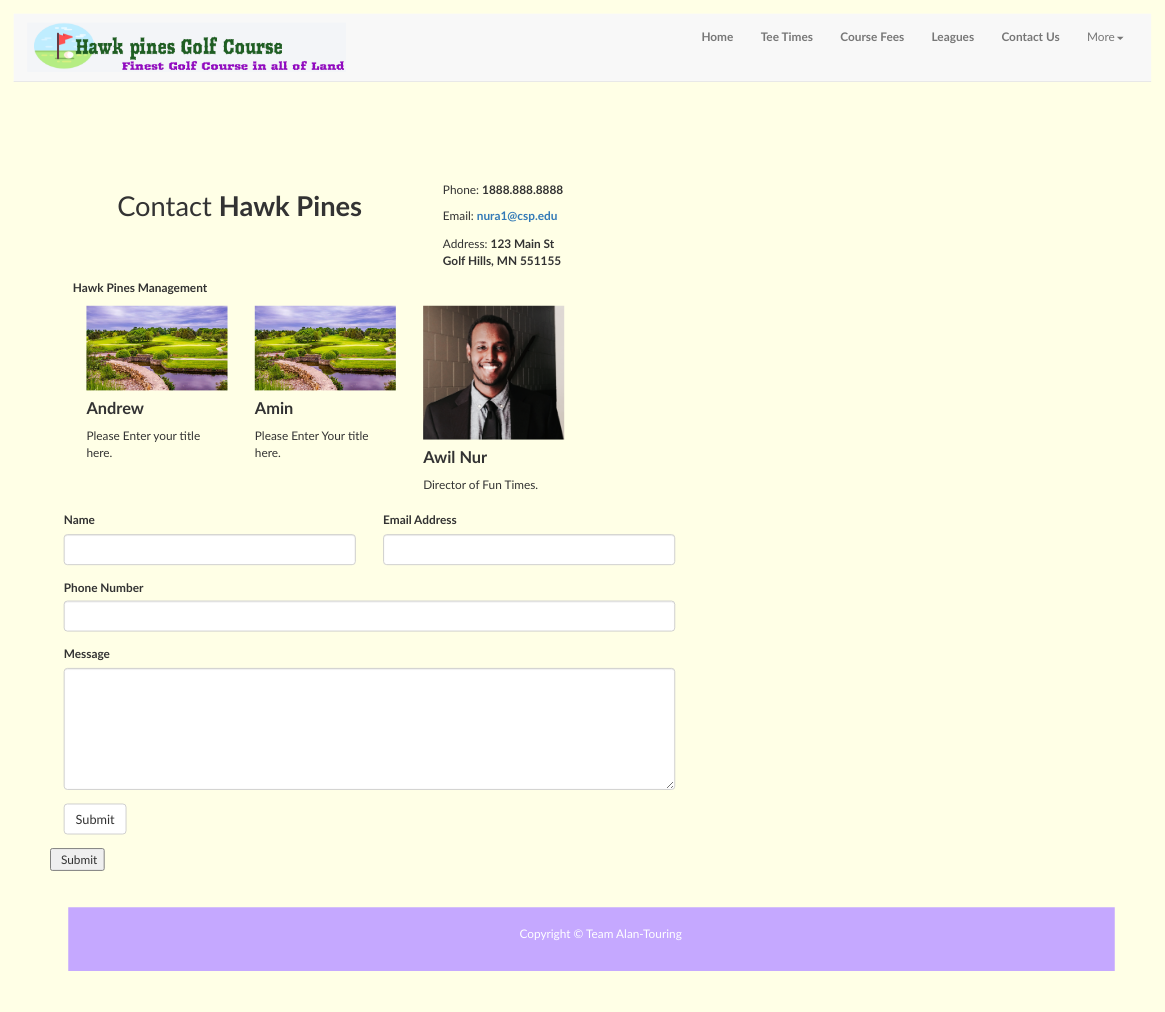
Repository: alia20/Golfcourse
Page: contact.html
The author's editor kept a record of every edit. The page is drawn from the files as they stood at one moment, then again after the next edit.
The browser window is 1280 px wide. The pictures show the whole page, at 91% of full size.

Above is the page before.

### contact.html
<!DOCTYPE html>
<html lang="en">
<head>
 <meta charset="utf-8">
 <meta name="viewport" content="width=device-width, initial-scale=1">
<!-- contact.html - Group project
        Written by:  Andrew Nielsen  Nielsena5@csp.edu
        Csc135: Web Page
		Written: 12/1/2016
		Revised: 12/11/2016
   -->

<!--
Bootstrap Screen Resolutions:
lg - Large width      retina    1200px+
md - medium width     desktop    992px+
sm - small width      tablets    768px+
xs - xtra small       mobile       0px+
-->
<title>Hawk Pines Golf Course</title>
<script src="script.js"></script>
</head>
<body>
<nav class="navbar navbar-default navbar-static-top">
    <div class="container-fluid">
        <div class="navbar-header">
            <span class="sr-only"><a href="#skip">Skip Navigation</a></span>

            <button type="button" class="navbar-toggle" data-toggle="collapse" data-target="#navbarcollapse">
                <span class="icon-bar"></span>
                <span class="icon-bar"></span>
                <span class="icon-bar"></span>
            </button>
            <img style="max-width:350px; margin-top: 10px; margin-bottom: 10px;"
             src="graphic/logo2.png">


        </div>
        <div class="navbar-right collapse navbar-collapse" id="navbarcollapse">
            <ul class="nav navbar-nav">
                <li> <a href="index.html"><strong>Home</strong></a> </li>
                <li> <a href="teeTimes.html"><strong>Tee Times</strong></a></li>
                <li> <a href="fees.html"><strong>Course Fees</strong></a></li>
                <li> <a href="leagues.html"><strong>Leagues</strong></a></li>
                <li> <a href="contact.html"><strong>Contact Us</strong></a></li>
                <li> <a href="#" data-toggle="dropdown">More<span class="caret"></span></a>
                    <ul class="dropdown-menu">
                        <li> <a href="gallery.html">Photo Gallery</a></li>
                        <li> <a href="clubhouse.html">Clubhouse</a></li>
                        <li> <a href="#">Twitter</a></li>
                    </ul>
                </li>
            </ul>
        </div>
    </div>
</nav>
<div class="container">

   <p id="skip">

   </p>


	<br>
	<br>



    <div class="container">

		<div class="row">
            <div class="box">
                <div class="col-lg-4">
				<h2 class="intro-text text-center">Contact
                        <strong>Hawk Pines</strong>
                    </h2>
				</div>
        <div class="row">
            <div class="box">
                <div class="col-lg-6">





                <div class="col-md-4">
                    <p>Phone:
                        <strong>1888.888.8888</strong>
                    </p>
                    <p>Email:
                        <strong><a href="nura1@csp.edu">nura1@csp.edu</a></strong>
                    </p>
                    <p>Address:
                        <strong>123 Main St
                            <br>Golf Hills, MN 551155</strong>
                    </p>
                </div>

                <div class="clearfix"></div>

        </div>
         <div class="col-md-6">
                    <p> <strong>Hawk Pines Management</strong>
                    </p>
                    <div class="col-md-4">
							<img src="graphic/golf5.jpg" class="img-responsive" alt=""/>
							<h4><strong>Andrew</strong></h4>
							<p>Please Enter your title here.</p>
						</div>
						<div class="col-md-4">
							<img src="graphic/golf5.jpg" class="img-responsive" alt=""/>
							<h4><strong>Amin</strong></h4>
							<p>Please Enter Your title here.</p>
						</div>
						<div class="col-md-4">
							<img src="graphic/AwilNur.png" class="img-responsive" alt=""/>
							<h4><strong>Awil Nur</strong></h4>
							<p>Director of Fun Times.</p>
						</div>
                </div>

        <div class="row">
            <div class="box">






                    <form role="form">
                        <div class="row">
                            <div class="form-group col-lg-6">
                                <label>Name</label>
                                <input type="text" class="form-control">
                            </div>
                            <div class="form-group col-lg-6">
                                <label>Email Address</label>
                                <input type="email" class="form-control">
                            </div>
                            <div class="form-group col-lg-12">
                                <label>Phone Number</label>
                                <input type="tel" class="form-control">
                            </div>
                            <div class="clearfix"></div>
                            <div class="form-group col-lg-12">
                                <label>Message</label>
                                <textarea class="form-control" rows="6"></textarea>
                            </div>
                            <div class="form-group col-lg-12">
                                <input type="hidden" name="save" value="contact">
                                <button type="submit" class="btn btn-default">Submit</button>
                            </div>
                            <button onclick="myFunction()">Submit</button>

<script>
function myFunction() {
    alert("Thank You For Contacting Us, We will be in touch with you shortly.");
}
</script>
							</div>
							</div>

                        </div>
                    </form>
                </div>
            </div>
        </div>

    </div>


    <!-- /.container -->

  <div class="footer">
        <div class="container">
            <div class="row">
                <div class="col-lg-12 text-center">
                    <p>Copyright &copy; Team Alan-Touring</p>
                </div>
            </div>
        </div>
    </footer>
    </div>

 <p>
 <!-- Set up a placeholder to display the results -->
 <span id="message"></span>
 </p>
</div>


<!-- After the page loads, and the user has something to look at,
     download the files needed for jQuery and Bootstrap.
-->
<!-- (1) jQuery library -->
<script src="https://ajax.googleapis.com/ajax/libs/jquery/1.12.0/jquery.min.js"></script>
<!-- (2) Latest compiled JavaScript -->
<script src="https://maxcdn.bootstrapcdn.com/bootstrap/3.3.6/js/bootstrap.min.js"></script>
<!-- (3) Latest compiled and minified CSS -->
<link rel="stylesheet" href="https://maxcdn.bootstrapcdn.com/bootstrap/3.3.6/css/bootstrap.min.css" />
<!-- (4) Bring in local JavaScript functions -->
<!-- <script src="script.js"></script> -->
<link href="project.css" rel="stylesheet" type="text/css" />

</body>
</html>

### script.js
/* script.js - external JavaScript file for group project
   Andrew Nielsen - Nielsena5@csp.edu
   Written: 12-9-16
   Revisions: 12-12-16

*/

function showResult()
{
// Set up variables
var fname = "";
var lname = "";
var birthYear = "";
var currentYear = 2008;
var age = "";
var placeholder;

/**** Collect the data using the DOM *****/
fname = document.getElementById("txtFname").value;
lname = document.getElementById("txtLname").value;
birthYear = document.getElementById("txtYear").value;

/**** Calculate age *****/
// Convert input to int
birthYear = parseInt(birthYear);
// Get current year
currentYear = new Date( ).getFullYear();
/**** Display the results *****/
// Find the placeholder on the page
placeholder = document.getElementById("message");
// Fill the placeholder with updated String information
placeholder.innerHTML = "Hello " + fname + " " + lname + ". You are entered for a chance to win a free round of golf";
} // end of showResult( )

### project.css
/*      project.css - style sheet for the group project
        Written by:  Andrew Nielsen  Nielsena5@csp.edu
        Csc135: Project CSS
		Written: 10/29/2016
		Revised: 11/13/2016
   */
a {
text-decoration:      none;
}

body {
background:           #ffffe6;
font-family:          optima, arial, helvetica, san-serif;
font-size:            130%;
line-height:          1.5;
padding:              15px;
}

button {
padding-left:         10px;
}

footer {
background-color:     #737373;
font-size:            1em;
color:                white;
}

form {
float:               left;
max-width:           100%;
}

h1 {
background:           #737373;
color:                #ffff00;
margin:               10px,10px;
max-width:            1500px;
padding:              10px;
text-align:           center;

}

h3 {
background:           #4e804f;
color:                white;
margin:               5px, auto;
max-width:            1500px;
padding:              5px,5px;
text-align:           center;
}

nav .container-fluid .navbar-header a  {
color:                #4e804f;
font-size:            2em;
}

.aside {
float:                right;
max-width:            30%;
}

.carousel-inner  .item  img,
.carousel-inner  .item  a  img {
width:                100%;
margin:               auto;
}

.colorRow {
background:           #ffffff;
border:               1px black solid;
display:              block;
height:               175px;
margin:               0px auto;
max-width:            1000px;
padding:              2px 15px;
}

.colorBox {
height:               80px;
margin:               5px 5px 5px 0px;
width:                80px;
}

.colorAndDesc {
float:                left;
width:                100px;
}

.container {
max-width:            1500px;
padding:              10px;
}

.input-group {
padding:              10px;
}

.row {
padding:              10px;
}

.table {
clear:                both;
max-width:            960px;
padding:              10px;
}

.thumbnail a {
text-decoration:      none;
}






.book_date {
    padding: 6px 8px;
    border: 1px solid #00AD8A;
    margin-bottom: 25px;
}
.people input[type="text"] {
    border: 1px solid #00AD8A;
    outline: none;
    padding: 8px 8px;
    width: 100%;
    color: #000;
    font-size: 0.9em;
	background:transparent;
}
.glyphicon.glyphicon-calendar {
    color: blue;
}
.types {
    width: 99%;
    padding: .4em 1em;
    font-size: 1em;
    outline: none;
    text-transform: capitalize;
    border: 1px solid #00AD8A;
	color: #000;
	    background: transparent;
}
.people input[type="submit"] {
    width: 100%;
    padding: 0.5em;
    margin-top: 1.5em;
    background: #00AD8A;
    outline: none;
    border: none;
    color: #fff;
}
.booking h5 {
    font-size: 1em;
    margin-bottom: 2em;
}
.booking-grids {
    margin-top: 2em;
}
.booking {
	padding: 5em 0;
	background:rgba(0, 173, 138, 0.06);
}



.footer{
	background-color: #c5a8ff;
	font-size: 1em;
	color: white;
}

After the next edit:
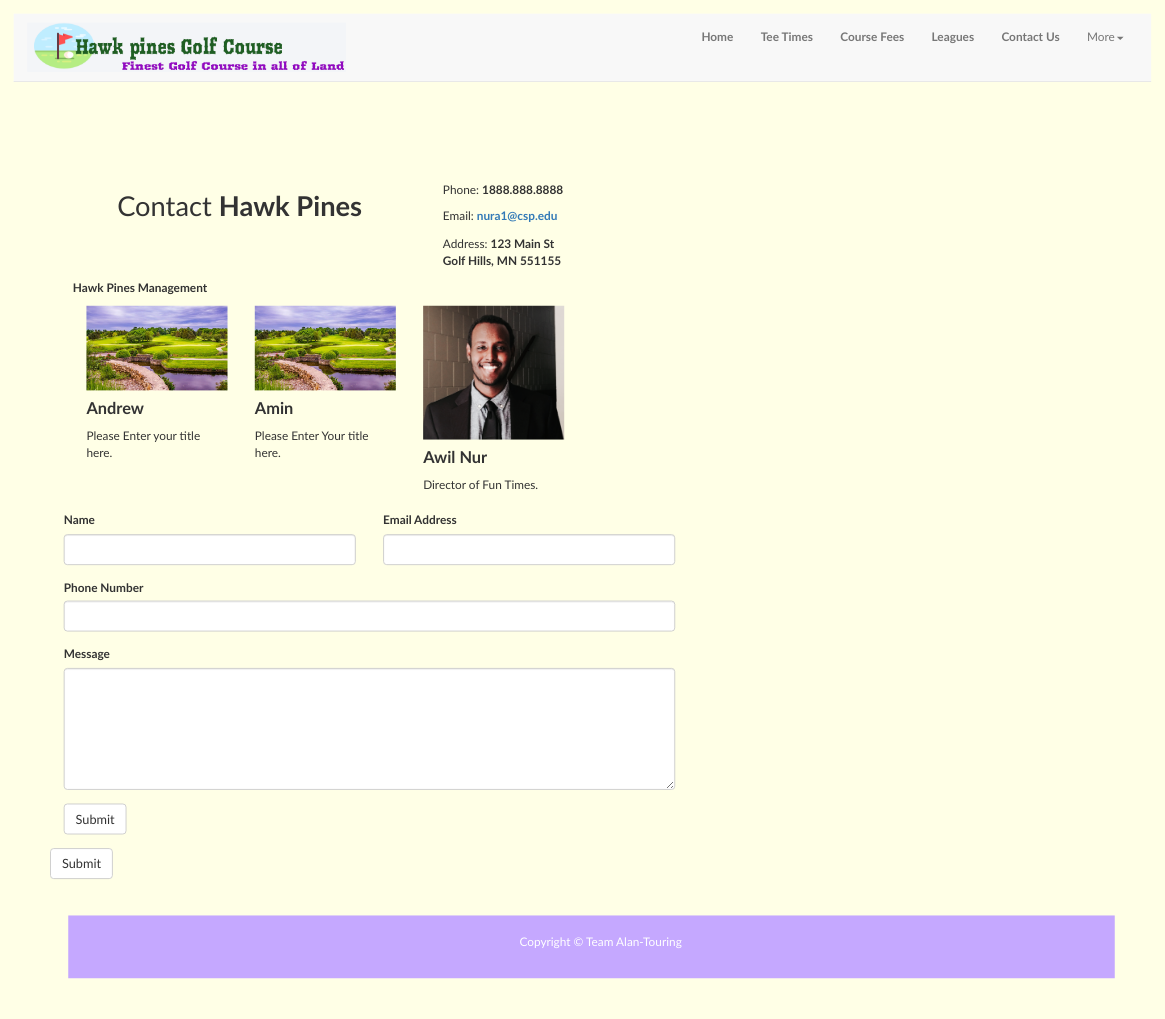
The edit:
--- a/contact.html
+++ b/contact.html
@@ -150,7 +150,7 @@
                                 <input type="hidden" name="save" value="contact">
                                 <button type="submit" class="btn btn-default">Submit</button>
                             </div>
-                            <button onclick="myFunction()">Submit</button>
+                            <button onclick="myFunction()" class="btn btn-default">Submit</button>
 
 <script>
 function myFunction() {
